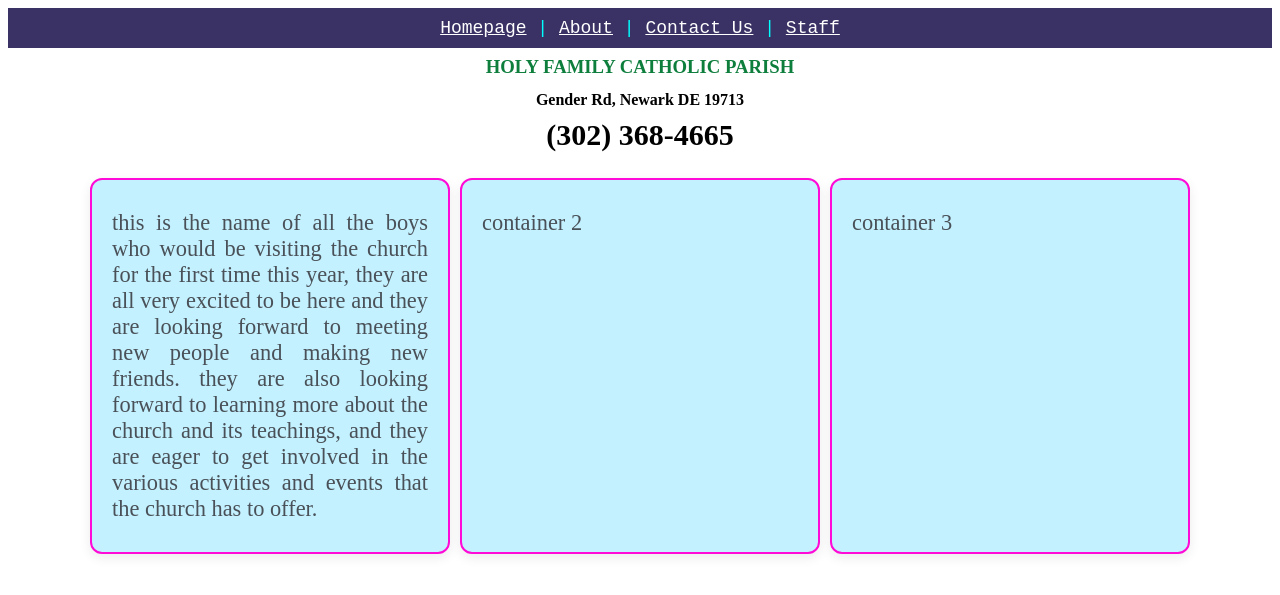
Repository: ficotims/HTML-RESTART
Page: Homepage.html
The author's editor kept a copy of each file at every save. The page is drawn from the files as they stood at one save, then again after the next save.
The browser window is 1280 px wide. The pictures show the whole page.

Above is the page before, as saved 2026-02-10 23:03:01.

### Homepage.html
<!doctype html>
<html lang="en">
  <head>
    <meta charset="UTF-8" />
    <meta name="viewport" content="width=device-width, initial-scale=1.0" />
      <title>HTML Crash course with Iman Musa</title>
    <link rel="stylesheet" href="Style 1.css"/>

      </head>
<body

     <!-- NAVIGATION SECTION -->
        <div style="background-color: rgb(58, 49, 100); padding: 10px; text-align: center; color: aqua; font-size: 18px; font-family: monospace, Lemon milk;">
    <a href="Homepage.html" target="_top" style="color: white;">Homepage</a> |
    <a href="about.html" style="color: white;">About</a> | <a href="Contact us.html" style="color: white;">Contact Us</a> |
    <a href="staff.html" style="color: white;">Staff</a>
     </div>

 <div style="text-align: center;">
    <h3><span style="color: rgb(14, 126, 61);"><div style="line-height: 0;">HOLY FAMILY CATHOLIC PARISH</b></span></h3>
    <H4 span style="line-height: 1.5;">Gender Rd, Newark DE 19713 <br><span style="font-size: 30px;">(302) 368-4665</span></sapn></H4>

 </div>



 <!-- CONTAINERS -->
  <div class="container">
  <div class="box">
    this is the name of all the boys who would be visiting the church for the first time this year, they are all very excited to be here and they are looking forward to meeting new people and making new friends. they are also looking forward to learning more about the church and its teachings, and they are eager to get involved in the various activities and events that the church has to offer.
  </div>
  <div class="box">
    container 2
  </div>
  <div class="box">
    container 3
  </div>
</div>

  </body>
</html>

### Style 1.css
.carton
{padding: 10px;
border: 1px solid #aed1e6;
margin: 50px;}

.container {
  max-width: 1100px;
  margin: 0 auto;
    display: flex;              /* ← this is the magic line */
  gap: 10px;                  /* space between boxes */
  flex-wrap: wrap;            /* boxes go to next line on small screens */
  justify-content: center;    /* centers the whole row if fewer than 3 fit */
}

.box {
  flex: 1;             /* each box grows equally */
  min-width: 220px;    /* prevents them from becoming too narrow */
  background: #c4f1ff;
  border: 2px solid #ff0ad6;
  border-radius: 12px;
  padding: 30px 20px;
  text-align: justify;
  font-size: 1.4rem;
  font-weight: 100;
  color: #495057;
  box-shadow: 0 4px 12px rgba(0,0,0,0.08);
}

/* Optional: hover effect */
.box:hover {
  transform: translateY(-6px);
  box-shadow: 0 12px 28px rgba(0,0,0,0.14);
}

After the next save:
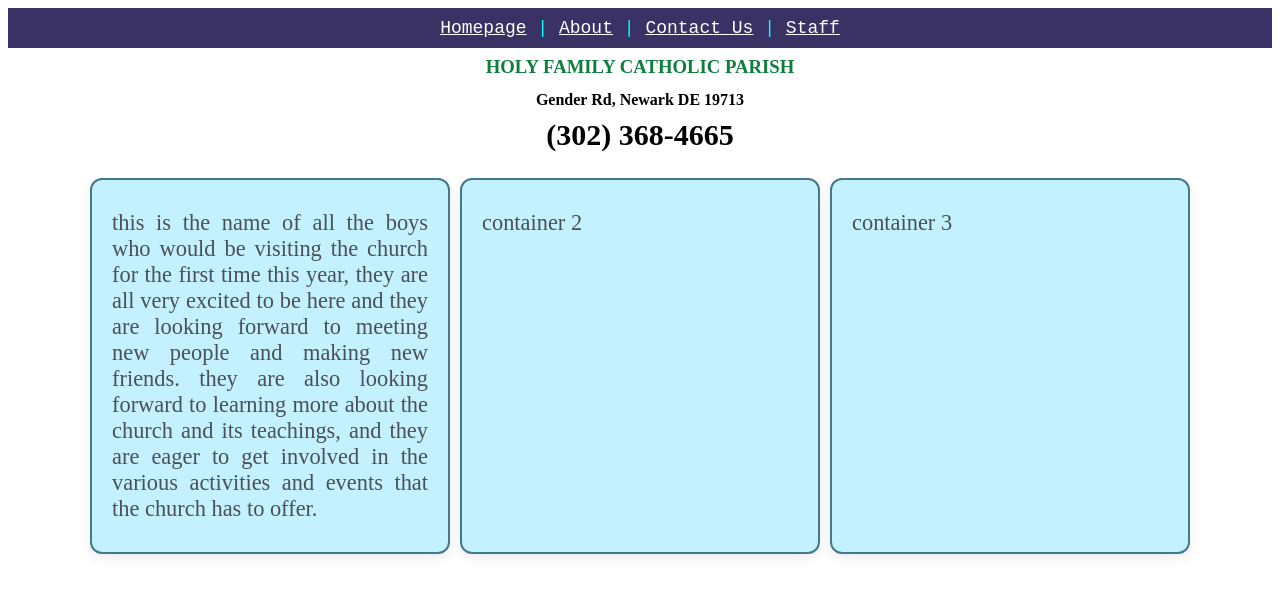
Saved 10 s later.
--- a/Style 1.css
+++ b/Style 1.css
@@ -16,7 +16,7 @@ margin: 50px;}
   flex: 1;             /* each box grows equally */
   min-width: 220px;    /* prevents them from becoming too narrow */
   background: #c4f1ff;
-  border: 2px solid #ff0ad6;
+  border: 2px solid #43788d;
   border-radius: 12px;
   padding: 30px 20px;
   text-align: justify;
